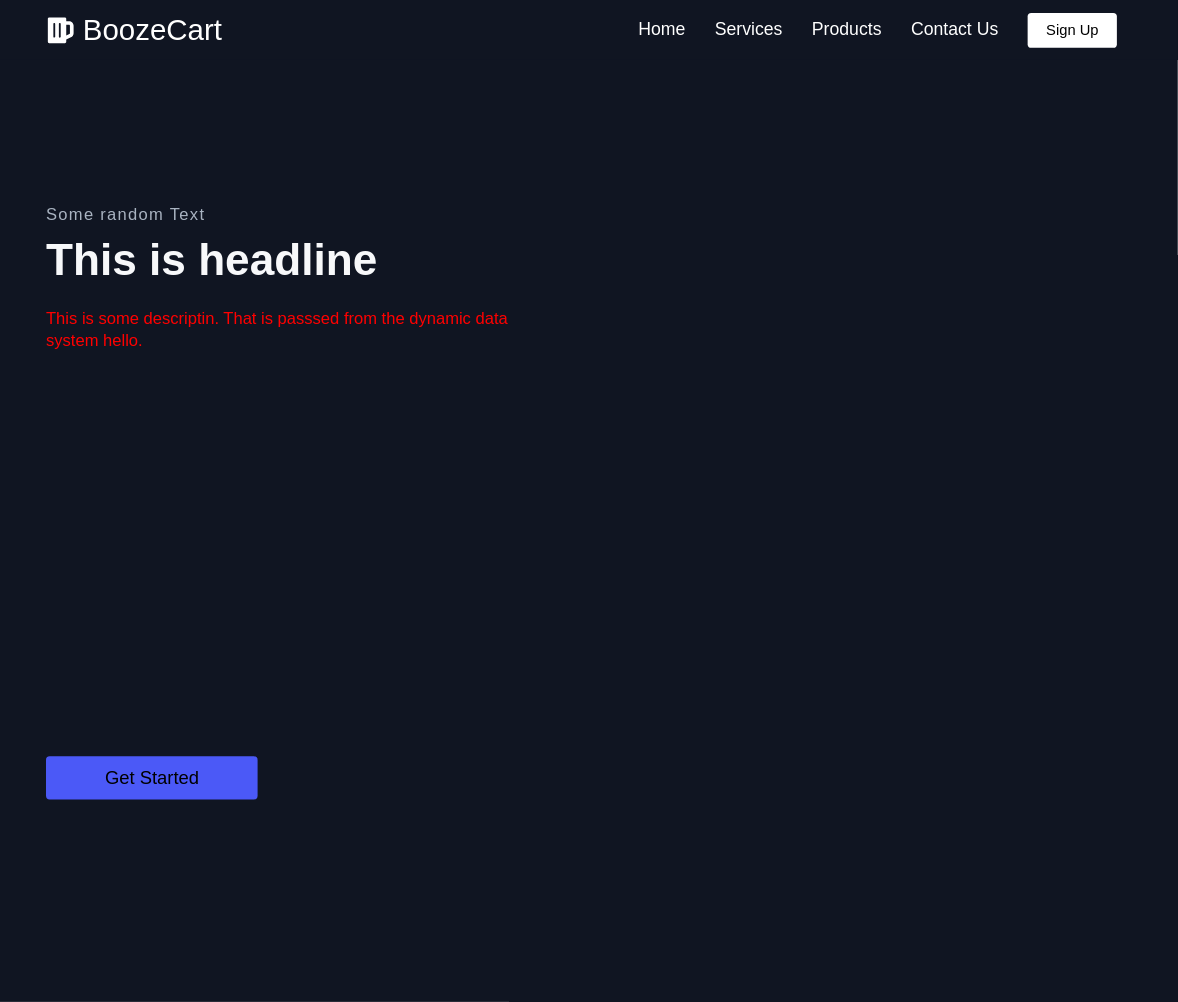
Repository: ajaygc95/Django-and-react
Page: / (app in galamart_sell/boozecart/)
An editor plug-in stored every save of this project. The page is shown before and after the next save, followed by the edit.
The browser window is 1280 px wide. The pictures show the whole page, at 92% of full size.
The project was rebuilt for these pictures with package versions that can differ from the ones it lists, and the page was loaded fresh each time.

Above is the page before, as saved 2021-04-12 23:59:03.

After the next save:
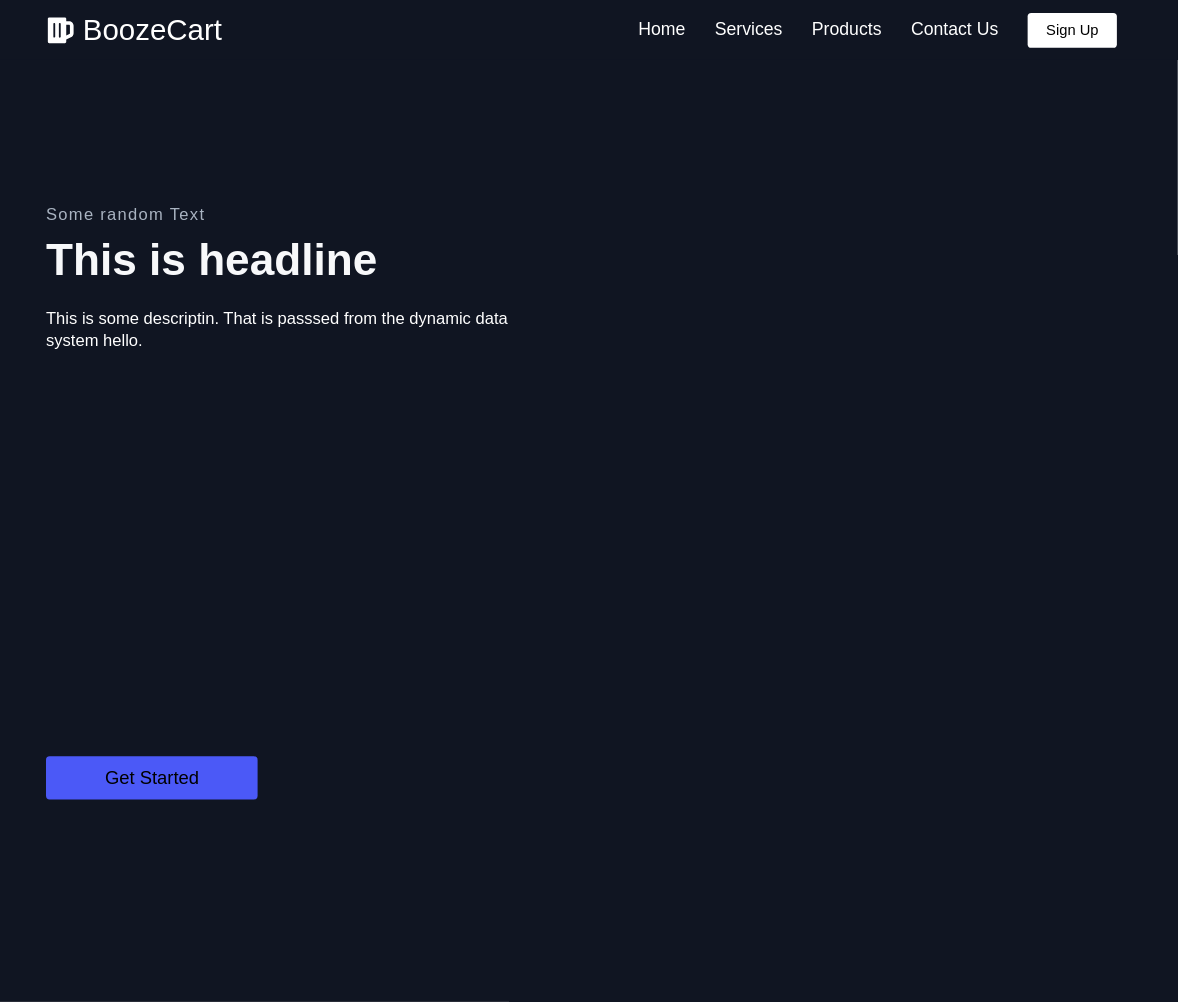
Saved 5 s later.
--- a/galamart_sell/boozecart/src/components/InfoSection/InfoSection.element.js
+++ b/galamart_sell/boozecart/src/components/InfoSection/InfoSection.element.js
@@ -60,5 +60,5 @@ export const Subtitle = styled.p`
   font-size: 35px;
   font-size: 18px;
   line-height: 24px;
-  color: ${({ lightTextDesc }) => (lightTextDesc ? "white" : "red")};
+  color: ${({ lightTextDesc }) => (lightTextDesc ? "white" : "white")};
 `;
